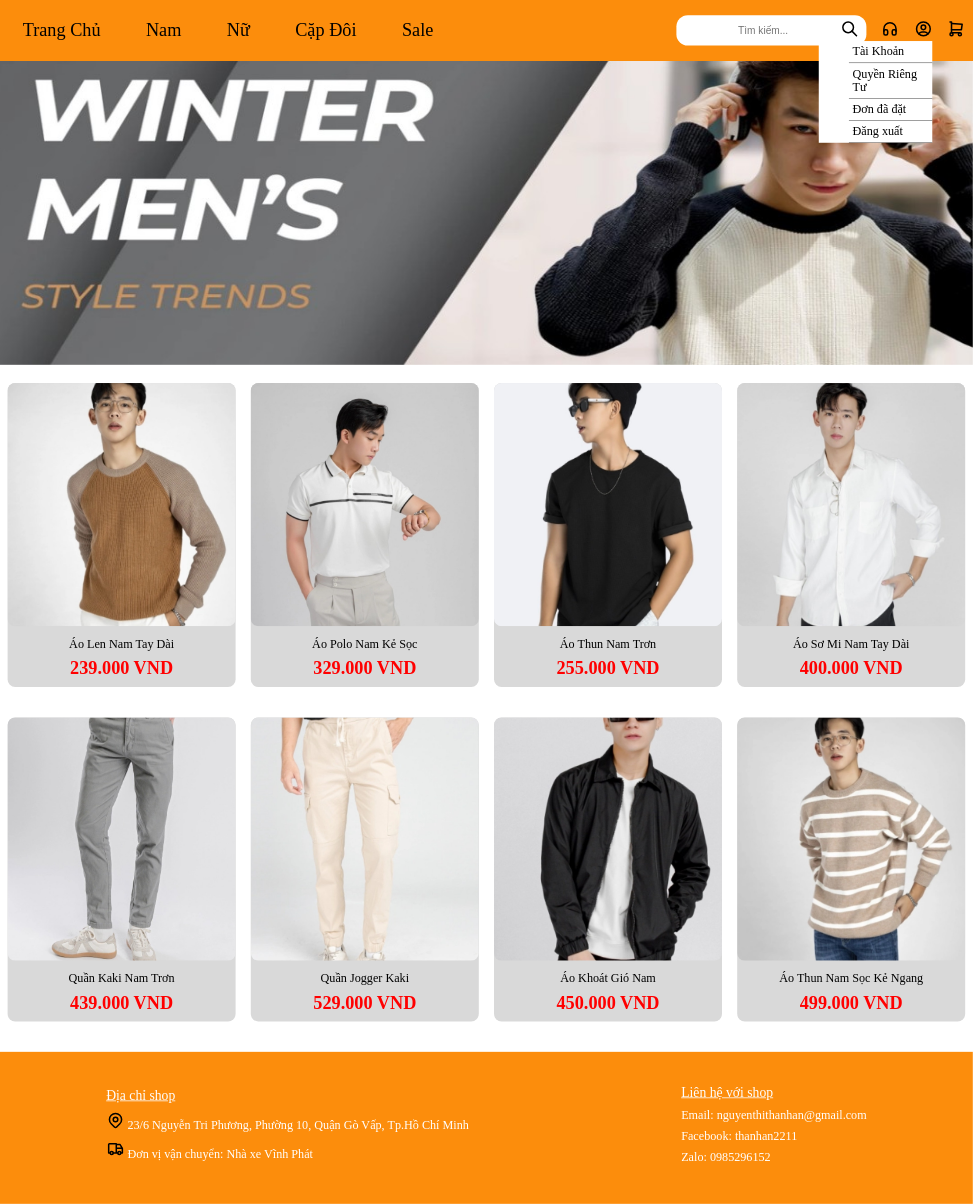
Repository: manhhieu120499/Project_ShopQuanAo
Page: html/nam.html
An editor plug-in stored every save of this project. The page is shown before and after the next save, followed by the edit.
The browser window is 1280 px wide. The pictures show the whole page, at 76% of full size.

Above is the page before, as saved 2023-03-06 00:23:29.

### html/nam.html
<!DOCTYPE html>
<html lang="en">
<head>
    <meta charset="UTF-8">
    <meta http-equiv="X-UA-Compatible" content="IE=edge">
    <meta name="viewport" content="width=device-width, initial-scale=1.0">
    <title>Document</title>
    <link rel="stylesheet" href="/css/style_nam.css">
</head>
<body>
    <div class="wrap">
        <div class="header">
            <div class="header_nav">
                <a href="#">Trang Chủ</a>
                <a href="#">Nam</a>
                <a href="#">Nữ</a>
                <a href="#">Cặp Đôi</a>
                <a href="#">Sale</a>
            </div>
            <div class="right_header">
                <a href="#" class="search">
                    <svg xmlns="http://www.w3.org/2000/svg" class="icon icon-tabler icon-tabler-search" width="24" height="24" viewBox="0 0 24 24" stroke-width="2" stroke="currentColor" fill="none" stroke-linecap="round" stroke-linejoin="round">
                        <path stroke="none" d="M0 0h24v24H0z" fill="none"></path>
                        <path d="M10 10m-7 0a7 7 0 1 0 14 0a7 7 0 1 0 -14 0"></path>
                        <path d="M21 21l-6 -6"></path>
                     </svg>
                </a>
                <input type="text" placeholder="                  Tìm kiếm...">
                <a href="#" class="headphone">
                    <svg xmlns="http://www.w3.org/2000/svg" class="icon icon-tabler icon-tabler-headphones " width="24" height="24" viewBox="0 0 24 24" stroke-width="2" stroke="currentColor" fill="none" stroke-linecap="round" stroke-linejoin="round">
                        <path stroke="none" d="M0 0h24v24H0z" fill="none"></path>
                        <path d="M4 13m0 2a2 2 0 0 1 2 -2h1a2 2 0 0 1 2 2v3a2 2 0 0 1 -2 2h-1a2 2 0 0 1 -2 -2z"></path>
                        <path d="M15 13m0 2a2 2 0 0 1 2 -2h1a2 2 0 0 1 2 2v3a2 2 0 0 1 -2 2h-1a2 2 0 0 1 -2 -2z"></path>
                        <path d="M4 15v-3a8 8 0 0 1 16 0v3"></path>
                     </svg>
                     <p class="phone_number">Hotline: 19008198</p>
                </a>
                <a href="#" class="user">
                    <svg xmlns="http://www.w3.org/2000/svg" class="icon icon-tabler icon-tabler-user-circle " width="24" height="24" viewBox="0 0 24 24" stroke-width="2" stroke="currentColor" fill="none" stroke-linecap="round" stroke-linejoin="round">
                        <path stroke="none" d="M0 0h24v24H0z" fill="none"></path>
                        <path d="M12 12m-9 0a9 9 0 1 0 18 0a9 9 0 1 0 -18 0"></path>
                        <path d="M12 10m-3 0a3 3 0 1 0 6 0a3 3 0 1 0 -6 0"></path>
                        <path d="M6.168 18.849a4 4 0 0 1 3.832 -2.849h4a4 4 0 0 1 3.834 2.855"></path>
                     </svg>
                     <ul class="sub_menu">
                        <li>Tài Khoản</li>
                        <li>Quyền Riêng Tư</li>
                        <li>Đơn đã đặt</li>
                        <li>Đăng xuất</li>
                     </ul>
                </a>
                <a href="#">
                    <svg xmlns="http://www.w3.org/2000/svg" class="icon icon-tabler icon-tabler-shopping-cart" width="24" height="24" viewBox="0 0 24 24" stroke-width="2" stroke="currentColor" fill="none" stroke-linecap="round" stroke-linejoin="round">
                        <path stroke="none" d="M0 0h24v24H0z" fill="none"></path>
                        <path d="M6 19m-2 0a2 2 0 1 0 4 0a2 2 0 1 0 -4 0"></path>
                        <path d="M17 19m-2 0a2 2 0 1 0 4 0a2 2 0 1 0 -4 0"></path>
                        <path d="M17 17h-11v-14h-2"></path>
                        <path d="M6 5l14 1l-1 7h-13"></path>
                     </svg>
                </a>
            </div>
        </div>

        <!--Slide_bar-->
        <div class="slide_bar">
            <img src="/image/image_trangnam/16.jpg" alt="picture_panel">
        </div>

        <!--products-->
        <div class="products">
            <div class="product_one">
                 <div class="product_item">
                    <a href="#"><img src="/image/image_trangnam/22.jpg" alt=""></a>
                    <p>Áo Len Nam Tay Dài</p>
                    <p>239.000 VND</p>
                 </div>
                 <div class="product_item">
                    <a href="#"><img src="/image/image_trangnam/17.jpg" alt=""></a>
                    <p>Áo Polo Nam Kẻ Sọc</p>
                    <p>329.000 VND</p>
                 </div>
                 <div class="product_item">
                    <a href="#"><img src="/image/image_trangnam/23.jpg" alt=""></a>
                    <p>Áo Thun Nam Trơn</p>
                    <p>255.000 VND</p>
                 </div>
                 <div class="product_item">
                    <a href="#"><img src="/image/image_trangnam/19.jpg" alt=""></a>
                    <p>Áo Sơ Mi Nam Tay Dài</p>
                    <p>400.000 VND</p>
                 </div>
            </div>

            <div class="product_one product_two">
                <div class="product_item">
                   <a href="#"><img src="/image/image_trangnam/24.jpg" alt=""></a>
                   <p>Quần Kaki Nam Trơn</p>
                   <p>439.000 VND</p>
                </div>
                <div class="product_item">
                   <a href="#"><img src="/image/image_trangnam/25.jpg" alt=""></a>
                   <p>Quần Jogger Kaki</p>
                   <p>529.000 VND</p>
                </div>
                <div class="product_item">
                   <a href="#"><img src="/image/image_trangnam/26.jpg" alt=""></a>
                   <p>Áo Khoát Gió Nam</p>
                   <p>450.000 VND</p>
                </div>
                <div class="product_item">
                   <a href="#"><img src="/image/image_trangnam/27.jpg" alt=""></a>
                   <p>Áo Thun Nam Sọc Kẻ Ngang</p>
                   <p>499.000 VND</p>
                </div>
           </div>
        </div>

        <!--Footer-->
        <div class="footer">
            <div class="left_footer">
                  <p class="address">Địa chỉ shop</p>
                  <p>
                    <a class="icon">
                        <svg xmlns="http://www.w3.org/2000/svg" class="icon icon-tabler icon-tabler-map-pin" width="24" height="24" viewBox="0 0 24 24" stroke-width="2" stroke="currentColor" fill="none" stroke-linecap="round" stroke-linejoin="round">
                            <path stroke="none" d="M0 0h24v24H0z" fill="none"></path>
                            <path d="M12 11m-3 0a3 3 0 1 0 6 0a3 3 0 1 0 -6 0"></path>
                            <path d="M17.657 16.657l-4.243 4.243a2 2 0 0 1 -2.827 0l-4.244 -4.243a8 8 0 1 1 11.314 0z"></path>
                         </svg>
                    </a>
                     23/6 Nguyễn Tri Phương, Phường 10, Quận Gò Vấp, Tp.Hồ Chí Minh
                  </p>
                  <p>
                    <a>
                        <svg xmlns="http://www.w3.org/2000/svg" class="icon icon-tabler icon-tabler-truck" width="24" height="24" viewBox="0 0 24 24" stroke-width="2" stroke="currentColor" fill="none" stroke-linecap="round" stroke-linejoin="round">
                            <path stroke="none" d="M0 0h24v24H0z" fill="none"></path>
                            <path d="M7 17m-2 0a2 2 0 1 0 4 0a2 2 0 1 0 -4 0"></path>
                            <path d="M17 17m-2 0a2 2 0 1 0 4 0a2 2 0 1 0 -4 0"></path>
                            <path d="M5 17h-2v-11a1 1 0 0 1 1 -1h9v12m-4 0h6m4 0h2v-6h-8m0 -5h5l3 5"></path>
                         </svg>
                         Đơn vị vận chuyển: Nhà xe Vĩnh Phát
                    </a>
                  </p>
            </div>
            <div class="right_footer">
                 <p class="address">Liên hệ với shop</p>
                 <p>Email: nguyenthithanhan@gmail.com</p>
                 <p>Facebook: thanhan2211</p>
                 <p>Zalo: 0985296152</p>
            </div>

        </div>
    </div>
</body>
</html>

### css/style_nam.css
* {
    margin: 0;
    box-sizing: border-box;
}

.header {
    background-color: #FC8D0C;
    width: 100%;
    height: 80px;
    display: flex;
    justify-content: space-between;
    align-items: center;
    position: fixed;
    top: 0;
    left: 0;
}

.header .header_nav {
    display: flex;
    justify-content: space-around;
    width: 600px;
}

.header_nav > a {
    color: black;
    text-decoration: none;
    font-size: 24px;
}

.header_nav > a:hover {
    color: white;
}

.header .right_header {
    display: flex;
    justify-content: space-around;
    width: 400px;
    align-items: center;
}

.right_header > input {
    width: 250px;
    height: 40px;
    padding: 0 15px;
    border-radius: 15px;
    border: none;
    position: relative;
}

.right_header > a {
    color: black;
}

.right_header .search {
    position: absolute;
    z-index: 1;
    right: 150px;
}

.slide_bar {
    margin-top: 80px;
}

.slide_bar > img {
    width: 100%;
    height: 400px;
    object-fit: fill;
}


/*products*/
.products {
    margin-top: 20px;
}
.product_one {
    display: flex;
    justify-content: space-around;
}

.product_one .product_item {
    width: 300px;
    height: 400px;
    background-color: #D9D9D9;
    border-radius: 10px;
}

.product_item > a > img {
    width: 100%;
    height: 320px;
    border-radius: 10px;
    object-fit: cover;
}

.product_item > p {
    font-size: 16px;
    text-align: center;
    margin-top: 10px;
}

.product_item > p:nth-child(3) {
    color: red;
    font-size: 24px;
    font-weight: bold;
}

.product_two {
    margin-top: 40px;
}

/*footer*/

.footer {
    margin-top: 40px;
    width: 100%;
    height: 200px;
    background-color: #FC8D0C;
    display: flex;
    justify-content: space-around;
    align-items: center;
    color: white;
}

.footer .left_footer {
    display: flex;
    flex-direction: column;
}

.left_footer p {
    margin-bottom: 10px;
}

.left_footer .address {
    text-decoration: underline;
    font-size: 18px;
}

.footer .right_footer {
    display: flex;
    flex-direction: column;
}

.right_footer p {
    margin-bottom: 10px;
}

.right_footer .address {
    text-decoration: underline;
    font-size: 18px;
}

.footer svg {
    color: black;
}

 /*Tạo hiệu ứng khi rê chuột vào icon headphone sẽ hiển thị số hotline cửa hàng*/
.headphone {
    position: relative;
}

.headphone:hover > .phone_number {
    display: block;
}


.headphone .phone_number {
    position: absolute;
    top: 60px;
    right: -70px;
    background-color: white;
    width: 150px;
    height: 40px;
    text-align: center;
    line-height: 40px;
    border-radius: 10px;
    display: none;
}

/*Tạo submenu cho icon user-circle*/
.user {
    position: relative;
}

.user .sub_menu {
    width: 150px;
    min-height: 50px;
    background-color: white;
    position: absolute;
    right: 0px;
}

.user .sub_menu li {
    list-style: none;
    padding: 5px;
    border-bottom: 1px solid gray;
}

After the next save:
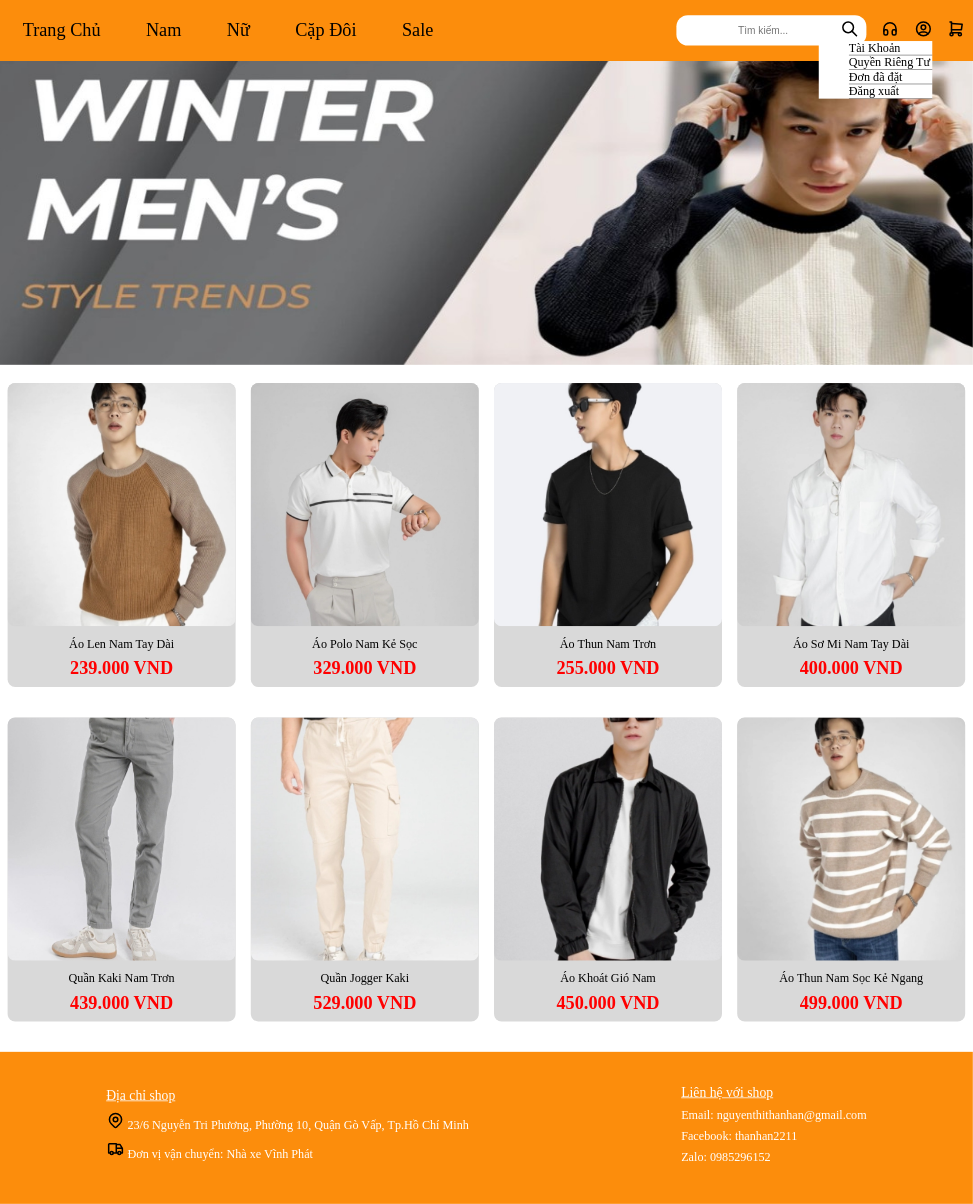
Saved 7 s later.
--- a/css/style_nam.css
+++ b/css/style_nam.css
@@ -190,6 +190,6 @@
 
 .user .sub_menu li {
     list-style: none;
-    padding: 5px;
+    /* padding: 5px; */
     border-bottom: 1px solid gray;
 }

After the save that followed:
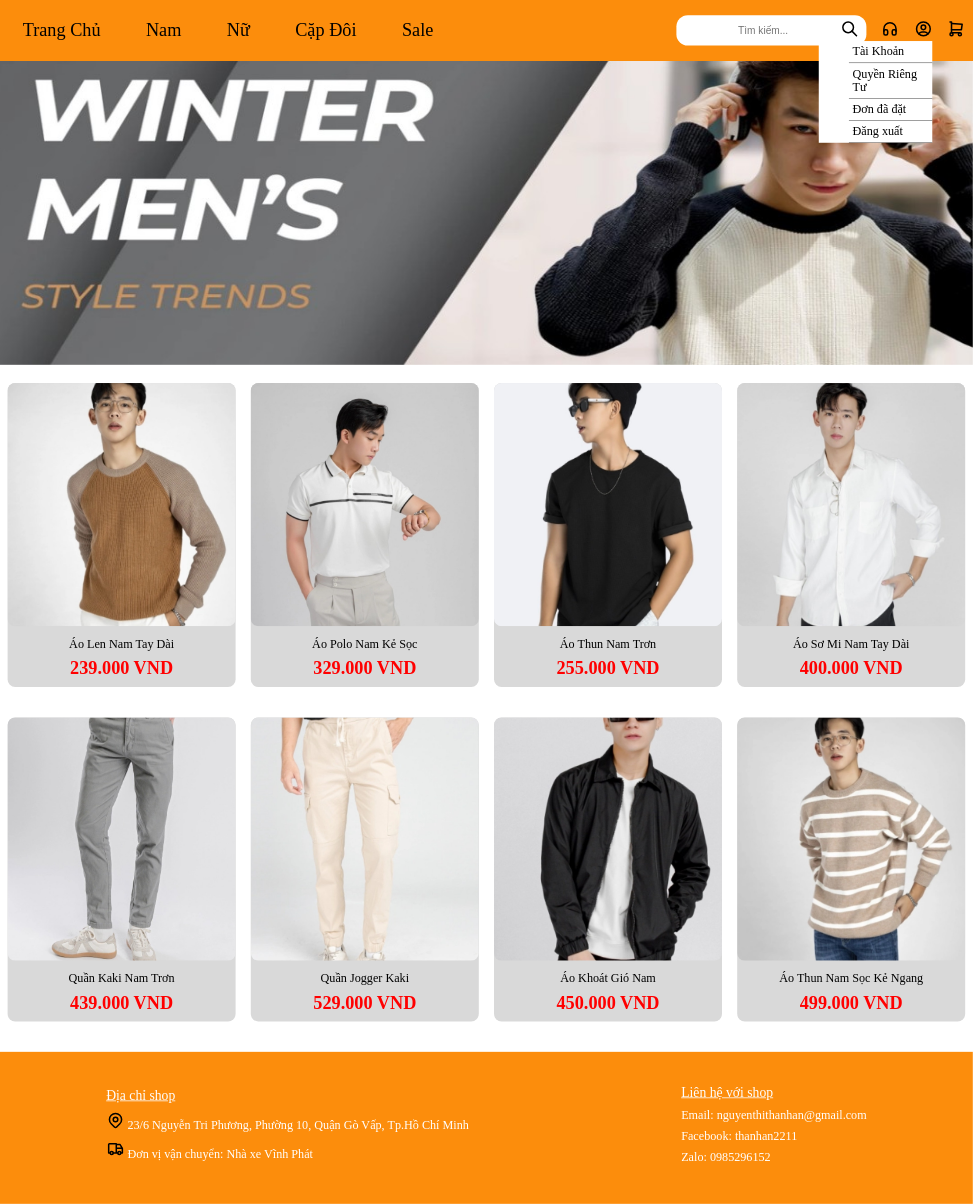
Saved 5 s later.
--- a/css/style_nam.css
+++ b/css/style_nam.css
@@ -190,6 +190,6 @@
 
 .user .sub_menu li {
     list-style: none;
-    /* padding: 5px; */
+    padding: 5px;
     border-bottom: 1px solid gray;
 }
